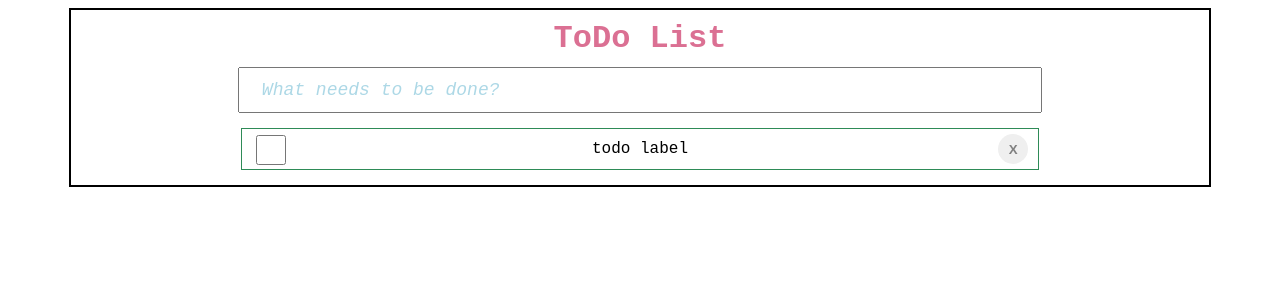
Repository: litalsh/To-Do-List
Page: index.html
These files come from the project's save history. The page is drawn as it stood at one moment and after the next save; the edit follows.
The browser window is 1280 px wide. The pictures show the whole page.

Above is the page before, as saved 2019-10-26 17:13:15.

### index.html
<!DOCTYPE html>
<html lang="en">

<head>
    <meta charset="UTF-8">
    <meta name="viewport" content="width=device-width, initial-scale=1.0">
    <meta http-equiv="X-UA-Compatible" content="ie=edge">
    <link rel="stylesheet" href="style.css">
    <title>ToDo List</title>
</head>

<body>
    <div class="container">
        <header>
            <h1>ToDo List</h1>
            <input type="text" id="todo_input" placeholder="What needs to be done?" value="">
        </header>
        <ul class="todo_list">
            <li class="todo_item">
                <input type="checkbox" class="checked">
                <label>todo label</label>
                <button class="remove">X</button>
            </li>
        </ul>
    </div>


    <script src="script.js"></script>
</body>

</html>

### style.css
body{
    font-family: 'Courier New', Courier, monospace;
  }

  .container{
    width: 90%;
    margin: 0 auto;
    border: 2px solid black;
    text-align: center;
  }

  header > h1{
    color: palevioletred;
    margin: 10px auto;
  }

  #todo_input{
    width: 70%;
    line-height: 40px;
    text-indent: 20px;
    font-family: 'Courier New', Courier, monospace;
    font-size: 18px;
    color: darkslategrey;

  }

 #todo_input::placeholder{
    font-style: italic;
    font-size: 18px;
    color: lightblue;
    font-family: 'Courier New', Courier, monospace;

  }

  .todo_list{
    list-style: none;
    padding: 0;
  }

  .todo_item{
      border: 1px solid seagreen;
      width: 70%;
      line-height: 40px;
      margin: -1px auto;
      position: relative;
  }

  .checked{
      width: 30px;
      height: 30px;
      position: absolute;
      top: 44%;
      left: 10px;;
      transform: translateY(-50%);
  }

  .remove{
    width: 30px;
    height: 30px;
    position: absolute;
    top: 50%;
    right: 10px;;
    transform: translateY(-50%);
    border-radius:50%;
    border: none;
    font-weight: bold;
    color: gray;
  }

### script.js
function newTodo(){
    let todoList = document.querySelector('.todo_list'),
        newTodoItem = document.createElement('li'),
        todoCheckbox = document.createElement('input'),
        todoLabel = document.createElement('label'),
        todoRemove = document.createElement('button');

        newTodoItem.classList.add('todo_item');
        todoList.appendChild(newTodoItem);
        todoCheckbox.classList.add('checked');
        todoCheckbox.type = 'checkbox';
        todoRemove.classList.add('remove');
        todoRemove.textContent = 'X';
        todoLabel.textContent = todoInput.value;

        newTodoItem.append(todoCheckbox, todoLabel, todoRemove);
}

const todoInput = document.querySelector('#todo_input');

todoInput.addEventListener('keyup', function(event) {
    if (event.keyCode === 13 && todoInput.value != '') {
      createNewTodo();
    }
    })

function createNewTodo(){
    newTodo();
    todoInput.value = "";
}

const removeBtns = document.querySelectorAll('.remove');
// for (const removeBtn of removeBtns) {
//     removeBtn.addEventListener('click', function(event) {
//         this.parentNode.remove();
//   })
// }

for (var i = 0; i < removeBtns.length; i++) {
    removeBtns[i].addEventListener('click', function(e) {
      e.currentTarget.parentNode.remove();
      //this.closest('.single').remove() // in modern browsers in complex dom structure
      //this.parentNode.remove(); //this refers to the current target element
      //e.target.parentNode.parentNode.removeChild(e.target.parentNode);
    }, false);
  }

After the next save:
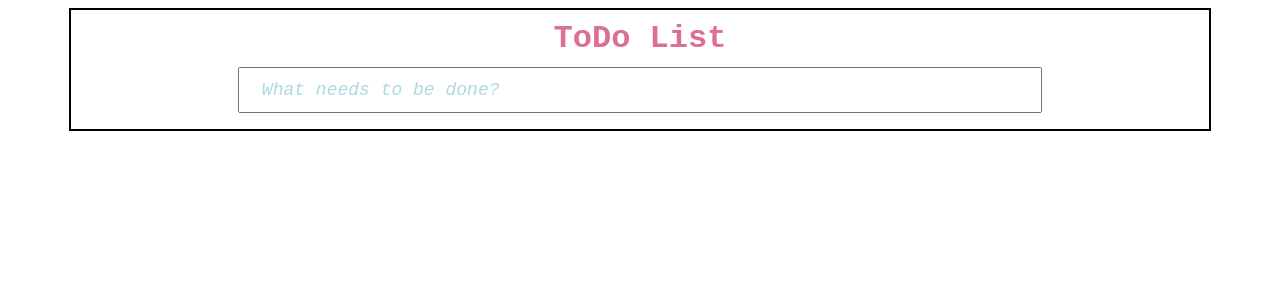
Saved 2 min 37 s later.
--- a/index.html
+++ b/index.html
@@ -16,11 +16,11 @@
             <input type="text" id="todo_input" placeholder="What needs to be done?" value="">
         </header>
         <ul class="todo_list">
-            <li class="todo_item">
+            <!-- <li class="todo_item">
                 <input type="checkbox" class="checked">
                 <label>todo label</label>
                 <button class="remove">X</button>
-            </li>
+            </li> -->
         </ul>
     </div>
 
